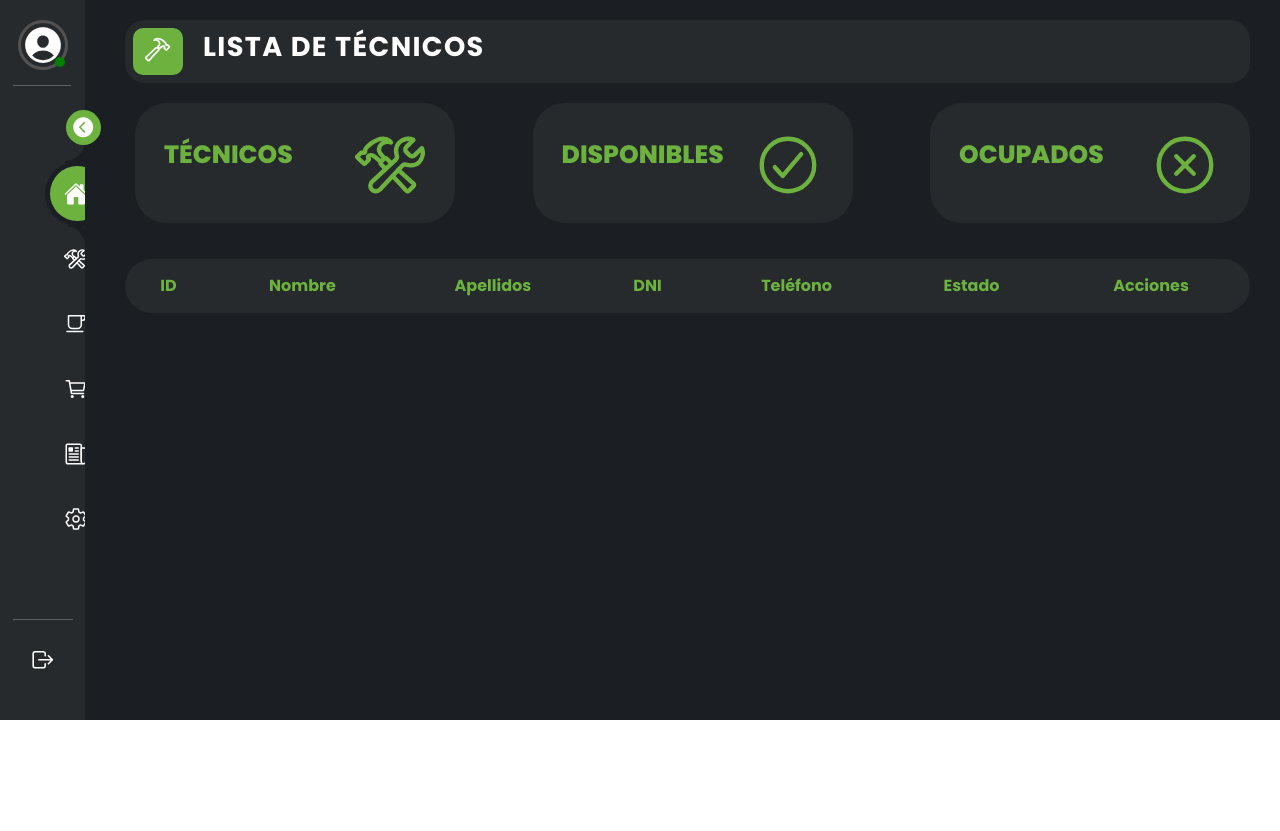
Repository: luisfelipe2023/warmisitAI
Page: http://localhost/tecnicos-lista
These files come from the project's save history. The page is drawn as it stood at one moment and after the next save; the edit follows.
The browser window is 1280 px wide. The pictures show the whole page.
The page is this project's Thymeleaf template; nobody is signed in. The template is opened directly, without the code that normally fills it, so the values that code supplies are empty.

Above is the page before, as saved 2023-11-18 00:27:55.

### warmisitAI/src/main/resources/templates/tecnicos-lista.html
<!DOCTYPE html>
<html lang="en" xmlns:th="http://www.thymeleaf.org">

<head>
	<meta charset="UTF-8">
	<meta name="viewport" content="width=device-width, initial-scale=1.0">
	<title>Listado de Técnicos</title>
	<link rel="stylesheet" type="text/css" href="/css/estilos.css">
	<!-- Agregar Bootstrap -->
	<link href="https://cdn.jsdelivr.net/npm/bootstrap@5.3.2/dist/css/bootstrap.min.css" rel="stylesheet"
		integrity="sha384-T3c6CoIi6uLrA9TneNEoa7RxnatzjcDSCmG1MXxSR1GAsXEV/Dwwykc2MPK8M2HN" crossorigin="anonymous">

	<!-- jQuery -->
	<script src="https://code.jquery.com/jquery-3.6.0.min.js"
		integrity="sha384-Gn5384xqQ1aoWXA+058RXPxPg6fy4IWvTNh0E263XmFcJlSAwiGgFAW/dAiS6JXm"
		crossorigin="anonymous"></script>

	<!-- Popper.js -->
	<script src="https://cdn.jsdelivr.net/npm/@popperjs/core@2.11.8/dist/umd/popper.min.js"
		integrity="sha384-I7E8VVD/ismYTF4hNIPjVp/Zjvgyol6VFvRkX/vR+Vc4jQkC+hVqc2pM8ODewa9r"
		crossorigin="anonymous"></script>

	<!-- Bootstrap JS -->
	<script src="https://cdn.jsdelivr.net/npm/bootstrap@5.3.2/dist/js/bootstrap.bundle.min.js"
		integrity="sha384-C6RzsynM9kWDrMNeT87bh95OGNyZPhcTNXj1NW7RuBCsyN/o0jlpcV8Qyq46cDfL"
		crossorigin="anonymous"></script>

</head>

<body>
	<div class="admin-dashboard">

		<div class="ds-left-menu">

			<button class="btn-menu">
				<ion-icon name="chevron-back-circle"></ion-icon>
			</button>

			<div class="ds-perfil">
				<div class="foto">
					<ion-icon name="person-circle"></ion-icon>
				</div>
				<div class="info-perfil">
					<h3>User</h3>
				</div>
			</div>

			<div class="line"></div>

			<div class="ds-menu">
				<ul div="menu-list">
					<li class="active">
						<a href="#">
							<div class="icon">
								<ion-icon name="home"></ion-icon>
							</div>
							<div class="text">
								<span>Home</span>
							</div>
						</a>
					</li>
					<li>
						<a href="#">
							<div class="icon">
								<ion-icon name="construct-outline"></ion-icon>
							</div>
							<div class="text">
								<span>Productos</span>
							</div>
						</a>
					</li>
					<li>
						<a href="#">
							<div class="icon">
								<ion-icon name="cafe-outline"></ion-icon>
							</div>
							<div class="text">
								<span>Ofertas</span>
							</div>
						</a>
					</li>
					<li>
						<a href="#">
							<div class="icon">
								<ion-icon name="cart-outline"></ion-icon>
							</div>
							<div class="text">
								<span>Ordenes</span>
							</div>
						</a>
					</li>
					<li>
						<a href="#">
							<div class="icon">
								<ion-icon name="newspaper-outline"></ion-icon>
							</div>
							<div class="text">
								<span>Reportes</span>
							</div>
						</a>
					</li>
					<li>
						<a href="#">
							<div class="icon">
								<ion-icon name="settings-outline"></ion-icon>
							</div>
							<div class="text">
								<span>Ajustes</span>
							</div>
						</a>
					</li>
				</ul>
			</div>

			<div class="line-two"></div>

			<div class="sign-off">
				<a href="#" class="btn-sign-off">
					<div class="icon">
						<ion-icon name="log-out-outline"></ion-icon>
					</div>
					<div class="text">
						<span>Logout</span>
					</div>
				</a>
			</div>

		</div>

		<div class="ds-panel">

			<div class="panel-header">
				<div class="icono">
					<ion-icon name="hammer-outline"></ion-icon>
				</div>
				<h2>Lista de Técnicos</h2>
			</div>

			<div class="panel-insights">
				<div class="box">
					<p>
						<span style="color: white;" th:text="${cantidadTecnicos}"></span>
						<span>Técnicos </span>
					</p>
					<ion-icon name="construct-outline"></ion-icon>
				</div>


				<div class="box">
					<p>
						<span style="color: white;" th:text="${tecnicosDisponibles}"></span>
						<span>Disponibles</span>
					</p>
					<ion-icon name="checkmark-circle-outline"></ion-icon>
				</div>

				<div class="box">
					<p>
						<span style="color: white;" th:text="${tecnicosOcupados}"></span>
						<span>Ocupados</span>
					</p>
					<ion-icon name="close-circle-outline"></ion-icon>
				</div>
			</div>



			<div class="table-container">


				<table>
					<thead>
						<tr>
							<th>ID</th>
							<th>Nombre</th>
							<th>Apellidos</th>
							<th>DNI</th>
							<th>Teléfono</th>
							<th>Estado</th>
							<th>Acciones</th>
						</tr>
					</thead>
					<tbody>
						<tr th:each="tecnico : ${tecnicos}">
							<td th:text="${tecnico.id_tecnico}"></td>
							<td th:text="${tecnico.nombre}"></td>
							<td th:text="${tecnico.apellidos}"></td>
							<td th:text="${tecnico.dni}"></td>
							<td th:text="${tecnico.telefono}"></td>
							<td th:text="${tecnico.estado}"></td>
							<td>
								<button type="button" class="btn btn-primary">
									Ver Detalles
								</button>

								<button th:if="${#strings.trim(tecnico.estado) != 'OCUPADO'}" type="button" class="btn btn-success">
									Asignar
								</button>
								<button th:if="${#strings.trim(tecnico.estado) == 'OCUPADO'}" type="button" class="btn btn-success" th:disabled="true">
									Asignar
								</button>

							</td>
						</tr>
					</tbody>
				</table>
			</div>

		</div>

</body>

<script type="module" src="https://unpkg.com/ionicons@7.1.0/dist/ionicons/ionicons.esm.js"></script>
<script nomodule src="https://unpkg.com/ionicons@7.1.0/dist/ionicons/ionicons.js"></script>
<script>
	let btnmenu = document.querySelector('.btn-menu');
	let dsleftmenu = document.querySelector('.ds-left-menu');
	let line = document.querySelector('.line');
	let linetwo = document.querySelector('.line-two');
	let infoperfil = document.querySelector('.info-perfil');

	btnmenu.onclick = function () {
		btnmenu.classList.toggle('rotate');
		dsleftmenu.classList.toggle('active');
		line.classList.toggle('short');
		linetwo.classList.toggle('short');
		infoperfil.classList.toggle('hidden');
	}

	let menulist = document.querySelectorAll('.ds-menu ul li');
	function activeLink() {
		menulist.forEach((item) =>
			item.classList.remove('active'));
		this.classList.add('active')
	}
	menulist.forEach((item) =>
		item.addEventListener('click', activeLink));
</script>

</html>

### warmisitAI/src/main/resources/static/css/estilos.css
@import url('https://fonts.googleapis.com/css?family=Poppins:200,300,400,500,600,700,800,900&display=swap');

*{
      margin: 0;
      padding: 0;
      box-sizing: border-box;
      font-family: 'Poppins', sans-serif;
}

::selection {
      background-color: transparent;
}

:root{
      --green: #6db23e;
      --bg: #1b1e22;
      --container: #262a2d;
      --white: #fffefe;
}

body{
      background-color: var(--bg);
      overflow: hidden;
}

ul{
      list-style: none;
}

a{
      text-decoration: none;
}

.admin-dashboard{
      position: relative;
      display: flex;
}

.ds-left-menu{
      background: var(--container);
      height: 100vh;
      color: #fff;
      width: 85px;
      position: relative;
      padding-left: 13px;
      transition: 0.5s;
}

.ds-left-menu.active{
      width: 300px;
      padding: 0px 0px 0px 20px;
}

.btn-menu{
      position: absolute;
      background: var(--green);
      color: #fff;
      width: 35px;
      height: 35px;
      line-height: 35px;
      text-align: center;
      cursor: pointer;
      border-radius: 50%;
      border: none;
      top: 110px;
      right: -16px;
      font-size: 16px;
      z-index: 100;
      transition: 0.8s;
}

.btn-menu.rotate{
      transform: rotate(180deg);
      transition: 0.8s;
}

.btn-menu ion-icon{
      width: 70%;
      height: 70%;
      position: relative;
      border-radius: 50%;
      top: 5px;
}

.ds-menu{
      width: 100%;
      overflow-x: scroll;
      height: 100%;
      padding-bottom: 150px;
      padding-top: 50px;
}

.ds-menu ul li{
      position: relative;
}

.ds-menu ul li.active{
      background-color: var(--bg);
      border-top-left-radius: 50px;
      border-bottom-left-radius: 50px;
}

.ds-menu ul li.active::before{
      content: '';
      position: absolute;
      top: -20px;
      right: 0;
      width: 20px;
      height: 20px;
      border-bottom-right-radius: 20px;
      box-shadow: 5px 5px 0px 5px var(--bg);
      background-color: transparent;
}

.ds-menu ul li.active::after{
      content: '';
      position: absolute;
      bottom: -20px;
      right: 0;
      width: 20px;
      height: 20px;
      border-top-right-radius: 20px;
      box-shadow: 5px -2px 0px 2px var(--bg);
      background-color: transparent;

}

.ds-menu ul li a{
      cursor: pointer;
      background: transparent;
      display: flex;
      white-space: nowrap;
      text-decoration: none;
}

.ds-menu ul li a .icon {
      position: relative;
      display: flex;
      justify-content: center;
      align-items: center;
      min-width: 60px;
      padding-left: 1px;
      height: 65px;
      font-size: 1.5em;
      color: var(--white);
      transition: 0.5s;
}

.ds-menu ul li a .text{
      position: relative;
      height: 65px;
      display: flex;
      align-items: center;
      font-size: 1em;
      color: var(--white);
      padding-left: 20px;
      text-transform: uppercase;
      letter-spacing: 0.05em;
      transition: 0.5s;
}

.ds-menu ul li.active a .icon {
      color: var(--white);
}

.ds-menu ul li.active a .text{
      color: var(--green);
}

.ds-menu ul li:hover a .icon,
.ds-menu ul li:hover a .text{
      color: #6db23e;
}

.ds-menu ul li.active a .icon::before{
      content: '';
      position: absolute;
      inset: 5px;
      width: 55px;
      background-color: var(--green);
      border-radius: 50%;
      transition: 0.5s;
}

.ds-menu ul li:hover.active a .icon::before{
      background-color: var(--white);
}

.ds-perfil{
      transition: 0.5s;
      display: flex;
      align-items: center;
      padding: 20px 2px 40px 5px;
}

.ds-perfil .foto{
      position: relative;
      width: 50px;
      height: 50px;
      transition: 0.5s;
      border-radius: 50%;
      border: 3px solid #525252;
}

.ds-perfil .foto::after{
      content: '';
      position: absolute;
      width: 10px;
      height: 10px;
      background: green;
      bottom: 0;
      right: 0;
      border-radius: 50%;
}

.ds-perfil .foto ion-icon{
      width: 100%;
      height: 100%;
      object-fit: cover;
      border-radius: 50%;
}

.ds-perfil .info-perfil{
      transition: 0.5s;
      display: none;
}

.ds-perfil .info-perfil.hidden{
      transition: 1s ;
      display: flex;
      padding-left: 20px;
}

.ds-perfil .info-perfil.hidden span{
      font-size: 12px;
      color: #bcbcbd;
}

  .ds-perfil .info-perfil h3{
      font-size: 1.2em;
      text-transform: uppercase;
      letter-spacing: 0.03em;
      font-weight: 500;
      margin-top: -5px;
  }

  .sign-off{
      position: absolute;
      bottom: 0;
      width: 80%;
      display: flex;
      padding-bottom: 35px;
      overflow: hidden;
  }

  .sign-off a{
      background: transparent;
      display: flex;
      white-space: nowrap;
      color: var(--white);
      margin-top: 100px;
  }

.sign-off a:hover .icon,
.sign-off a:hover .text
{
      color: var(--green);
      transition: 0.5s;
}

.sign-off a .icon{
      position: relative;
      display: flex;
      justify-content: center;
      align-items: center;
      min-width: 60px;
      height: 50px;
      font-size: 1.6em;
      color: var(--white);
      transition: 0.5s;
}

.sign-off a .text{
      position: relative;
      height: 50px;
      display: flex;
      align-items: center;
      font-size: 1em;
      color: var(--white);
      padding-left: 20px;
      text-transform: uppercase;
      letter-spacing: 0.05em;
      transition: 0.5s;
}

.line{
      background-color: #606064;
      position: relative;
      width: 80%;
      top: -25px;
      height: 1px;
}

.line.short{
      background-color: #606064;
      position: relative;
      width: 100%;
      top: -25px;
      height: 1px;
}

.line-two{
      width: 70%;
      height: 1px;
      background-color: #606064;
      position: absolute;
      bottom: 100px;
}

.line-two.short{
      width: 85%;
      height: 1px;
      background-color: #606064;
      position: absolute;
      bottom: 100px;
}

/*===================================
    ESTILOS PANEL RIGHT
===================================*/
.ds-panel{
    width: calc(100%);
    padding: 20px 30px 20px 40px;
    background: var(--bg);
}

.ds-panel .panel-header{
    width: 100%;
    background: var(--container);
    padding: 8px;
    border-radius: 20px;
    display: flex;
    align-items: center;
    margin-bottom: 20px;
}

.ds-panel .panel-header .icono{
    width: 50px;
    inset: 10;
    border-radius: 10px;
    text-align: center;
    padding: 6px 0px 0px 0px;
    font-size: 1.7em;
    margin-right: 20px;
    color: var(--white);
    background: var(--green);
}

.ds-panel .panel-header h2{
    font-size: 1.7em;
    font-weight: bold;
    text-transform: uppercase;
    letter-spacing: 0.05em;
    color: var(--white);
}

.panel-insights{
      width: 100%;
      float: left;
      display: flex;
      gap: 1.5rem;
      justify-content:space-between;
}

.box{
      width: 320px;
      height: 120px;
      background-color: var(--container);
      margin-left: 10px;
      padding: 10px;
      border-radius: 2rem;
      cursor: pointer;
}

.box p{
      font-size: 35px;
      color: var(--white);
      font-weight: bold;
      line-height: 30px;
      padding-left: 19px;
      margin-top: 17px;
      display: inline-block;
}

.box p span{
      font-size: 25px;
      font-weight: 800;
      text-transform: uppercase;
      color:var(--green);
      display: block;
      margin-top: 10px;
}

.box ion-icon{
      font-size: 70px !important;
      float: right;
      margin-top: 17px !important;
      color: var(--green);
      padding-right: 20px;
}

/****************************/
.table-container{
      margin-top: 11rem;
}

.table-container h2{
      margin-bottom: 0.8rem;
      color: var(--green);
}

.table-container table{
      background: var(--container);
      width: 100%;
      border-radius: 2rem;
      padding: 1rem;
      text-align: center;
      transition: all 300ms ease;
}

table thead th{
      color: #6db23e;
      padding: 15px;
}

table tbody td{
      height: 2.8rem;
      color: #f5f3f3;
}

table tbody tr .primary a{
      padding: 7px;
      text-decoration: none;
      text-transform: uppercase;
      color: var(--green);
}

table tbody tr .primary a:hover{
      width: 30px;
      height: 50px;
      background-color: var(--green);
      border-radius: 10px;
      color: var(--white);
}

After the next save:
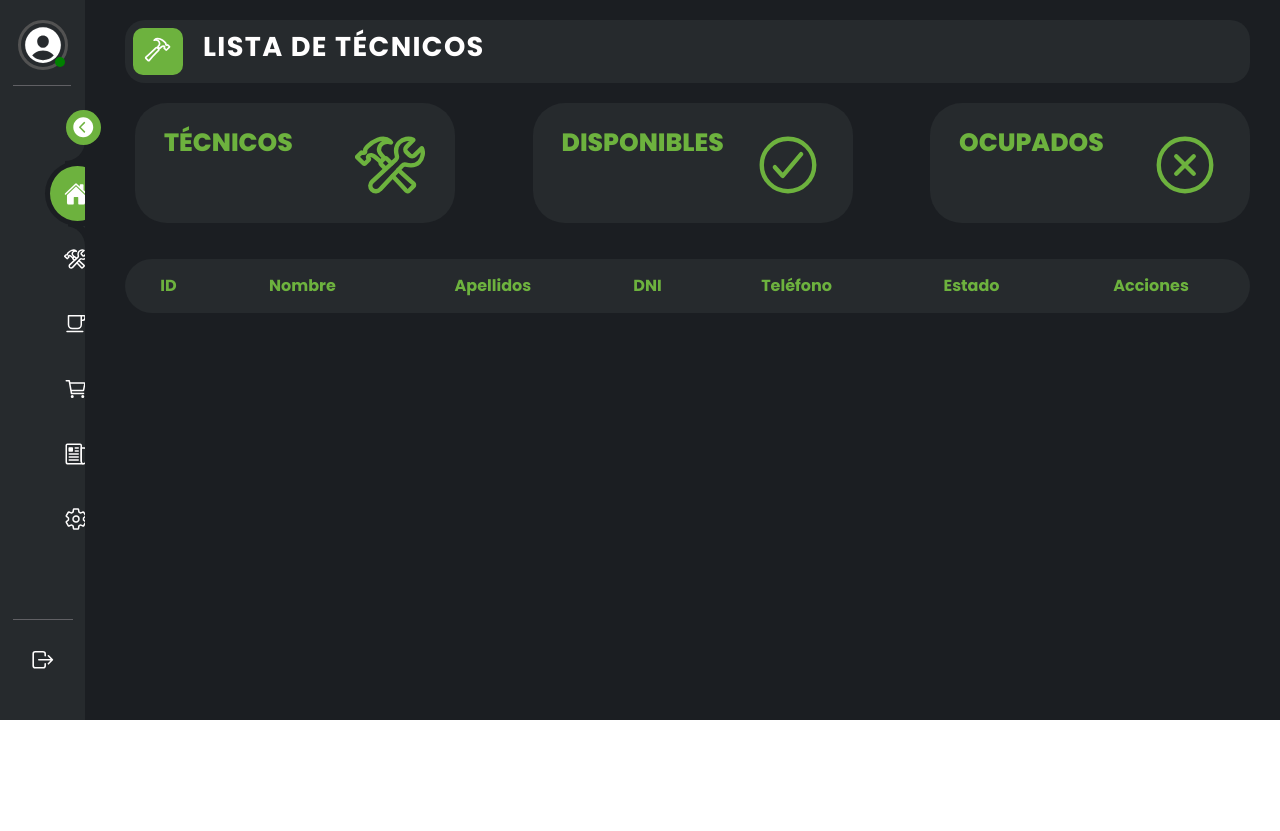
Saved 112 s later.
--- a/warmisitAI/src/main/resources/static/css/estilos.css
+++ b/warmisitAI/src/main/resources/static/css/estilos.css
@@ -388,7 +388,7 @@ a{
       font-weight: bold;
       line-height: 30px;
       padding-left: 19px;
-      margin-top: 17px;
+      margin-top: 5px;
       display: inline-block;
 }
 
